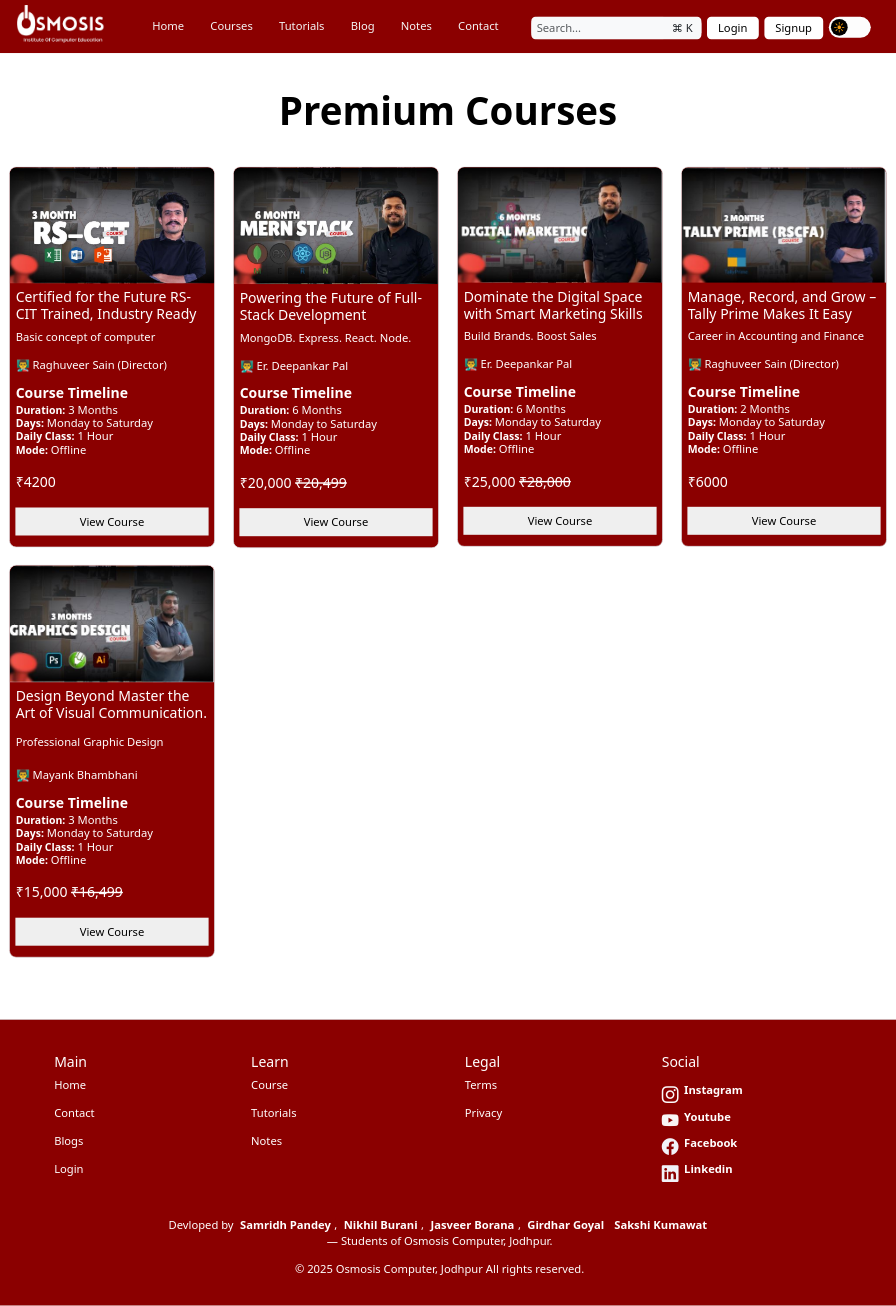
Repository: samriidhpandey/osmosis
Page: /Courses
The author's editor kept a copy of each file at every save. The page is drawn from the files as they stood at one save, then again after the next save.
The browser window is 1280 px wide. The pictures show the whole page, at 70% of full size.
The project was rebuilt for these pictures with package versions that can differ from the ones it lists, and the page was loaded fresh each time. Also part of the build but not shown: vite.config.js, src/Section2.jsx, src/Section3.jsx, src/Section4.jsx, src/InfiniteReviewScroll.jsx, src/Section5.jsx, src/TypingText.jsx, src/AnimatedName.jsx and 103 more. Imported but missing from the stored project, and not drawn on this page: src/Images/final-app-on-mobile.mp4, src/Images/final-app-on-pc.mp4, src/Images/open-terminals.mp4, src/Images/python-location.mp4.

Above is the page before, as saved 2025-07-21 16:38:09.

### index.html
<!doctype html>
<html lang="en">
  <head>
    <meta charset="UTF-8" />
    <link rel="icon" type="image/png" href="./src/image/fe1.png" />
    <meta name="viewport" content="width=device-width, initial-scale=1.0" />
    <title>Osmosis Computer</title>
    <link href="https://cdn.jsdelivr.net/npm/bootstrap@5.0.2/dist/css/bootstrap.min.css" rel="stylesheet" integrity="sha384-EVSTQN3/azprG1Anm3QDgpJLIm9Nao0Yz1ztcQTwFspd3yD65VohhpuuCOmLASjC" crossorigin="anonymous">
    <link rel="stylesheet" href="https://cdnjs.cloudflare.com/ajax/libs/font-awesome/6.7.2/css/all.min.css" integrity="sha512-Evv84Mr4kqVGRNSgIGL/F/aIDqQb7xQ2vcrdIwxfjThSH8CSR7PBEakCr51Ck+w+/U6swU2Im1vVX0SVk9ABhg==" crossorigin="anonymous" referrerpolicy="no-referrer" />
    <link href="https://cdn.jsdelivr.net/npm/bootstrap@5.3.0/dist/css/bootstrap.min.css" rel="stylesheet" />
<link href="https://cdn.jsdelivr.net/npm/bootstrap-icons/font/bootstrap-icons.css" rel="stylesheet" />
<!-- <iframe src="https://my.spline.design/your-project-link" frameborder="0" width="100%" height="100%"></iframe> -->


  </head>
  <body>
    <div id="root"></div>
    <script type="module" src="/src/main.jsx"></script>
    <script src="https://cdn.jsdelivr.net/npm/bootstrap@5.0.2/dist/js/bootstrap.bundle.min.js" integrity="sha384-MrcW6ZMFYlzcLA8Nl+NtUVF0sA7MsXsP1UyJoMp4YLEuNSfAP+JcXn/tWtIaxVXM" crossorigin="anonymous"></script>
  </body>
</html>

### src/Footer.jsx
import React from 'react'
import get from './image/github.svg'
import get1 from './image/X.svg'
import get2 from './image/youtube.svg'
import { Link } from 'react-router-dom'
import get3 from './image/facebook.svg'


function Footer({isDark}) {
  const footer = {
    backgroundColor: isDark ? '#111827':'darkred',
    color: isDark ? 'white':'white',
  };
  return (
    <>
    <div className="container-fluid">
      <div className="row border-top" style={footer}>
        <div className="col-12 col-sm-12 col-md-12 col-lg-12 col-xl-11 col-xxl-10 m-auto ">
          <div className="row">
            <div className="col-6 col-sm-6 col-md-3 col-lg-3 col-xl-3 col-xxl-3 mt-5 ps-4 fot-menu">
              <h5>Main</h5>
              <Link to="/" className='text-white'><p>Home</p></Link>{""}
              <Link to="/Contact" className='text-white'><p>Contact</p></Link>{""}
              <Link to="/Blog" className='text-white'><p>Blogs</p></Link>{""}
              <Link to="/Login" className='text-white'><p>Login</p></Link>{""}
            </div>

            <div className="col-6 col-sm-6 col-md-3 col-lg-3 col-xl-3 col-xxl-3 mt-5">
              <h5>Learn</h5>
              <Link to="/Courses" className='text-white'><p>Course</p></Link>{""}
              <Link to="/Tutorial" className='text-white'><p>Tutorials</p></Link>{""}
              <Link to="/Notes" className='text-white'><p>Notes</p></Link>{""}

            </div>

            <div className="col-6 col-sm-6 col-md-3 col-lg-3 col-xl-3 col-xxl-3 mt-5 ps-4">
              <h5>Legal</h5>
              <Link to="/Terms" className='text-white'><p>Terms</p></Link>{""}
              <Link to="/Privacy" className='text-white'><p>Privacy</p></Link>{""}
              {/* <p>Refund</p> */}

            </div>

            <div className="col-6 col-sm-6 col-md-3 col-lg-3 col-xl-3 col-xxl-3 mt-5">
              <h5>Social</h5>
             <a href="https://www.instagram.com/osmosis_computer?igsh=MWkyNGtib2s1NG10OQ%3D%3D&utm_source=qr "
              target="_blank"
    rel="noopener noreferrer"
    style={{
      color:'white',
      textDecoration: "none",
      fontWeight: "bold",
      marginTop: "0px",
      marginBottom: "0px",
    }}
    onMouseOver={(e) => (e.target.style.textDecoration = "underline")}
    onMouseOut={(e) => (e.target.style.textDecoration = "none")}><div className="social d-flex p-0 mt-3"> <i className="bi bi-instagram" style={{fontSize:'24px', color:" #fcf9faff",}}></i><img className='img-fluid me-2 bg-light rounded' alt="" /> <p> Instagram</p></div> </a>


    <a href="https://www.youtube.com/@OsmosisComputerJodhpur "
              target="_blank"
    rel="noopener noreferrer"
    style={{
      color:'white',
      textDecoration: "none",
      fontWeight: "bold",
      marginTop: "0px",
      marginBottom: "0px",
    }}
    onMouseOver={(e) => (e.target.style.textDecoration = "underline")}
    onMouseOut={(e) => (e.target.style.textDecoration = "none")}><div className="social d-flex p-0 mt-3"> <i className="bi bi-youtube" style={{fontSize:'24px', color:" #f9f5f5ff",}}></i><img className='img-fluid me-2 bg-light rounded' alt="" /> <p> Youtube</p></div> </a>



    <a href="https://www.facebook.com/share/1LYuEtGZGp/?mibextid=wwXIfr"
              target="_blank"
    rel="noopener noreferrer"
    style={{
      color:'white',
      textDecoration: "none",
      fontWeight: "bold",
      marginTop: "0px",
      marginBottom: "0px",
    }}
    onMouseOver={(e) => (e.target.style.textDecoration = "underline")}
    onMouseOut={(e) => (e.target.style.textDecoration = "none")}><div className="social d-flex p-0 mt-3"> <i className="bi bi-facebook" style={{fontSize:'24px', color:" #f2f2f8ff",}}></i><img className='img-fluid me-2 bg-light rounded' alt="" /> <p> Facebook</p></div> </a>



    <a href="https://www.linkedin.com/company/osmosiscomputer/"
              target="_blank"
    rel="noopener noreferrer"
    style={{
      color:'white',
      textDecoration: "none",
      fontWeight: "bold",
      marginTop: "0px",
      marginBottom: "0px",
    }}
    onMouseOver={(e) => (e.target.style.textDecoration = "underline")}
    onMouseOut={(e) => (e.target.style.textDecoration = "none")}><div className="social d-flex p-0 mt-3"> <i className="bi bi-linkedin" style={{fontSize:'24px', color:" #f2f2f8ff",}}></i><img className='img-fluid me-2 bg-light rounded' alt="" /> <p>Linkedin</p></div> </a>



            </div>
          </div>
        </div>

        <div className="row">
          <div className="col-12">


  <footer
  className='mt-3'
  style={{
    padding: "1.5rem",
    textAlign: "center",


  }}
>
  Devloped by{" "}
  <a
    href="https://www.linkedin.com/in/samridh-pandey-771835317?utm_source=share&utm_campaign=share_via&utm_content=profile&utm_medium=android_app"
    target="_blank"
    rel="noopener noreferrer"
    style={{
      color:'white',
      textDecoration: "none",
      fontWeight: "bold",
      margin: "0 5px",
    }}
    onMouseOver={(e) => (e.target.style.textDecoration = "underline")}
    onMouseOut={(e) => (e.target.style.textDecoration = "none")}
  >
    Samridh Pandey
  </a>
  ,{" "}
  <a
    href="https://www.linkedin.com/in/nikhil-burani?utm_source=share&utm_campaign=share_via&utm_content=profile&utm_medium=android_app"
    target="_blank"
    rel="noopener noreferrer"
    style={{
      color:'white',
      textDecoration: "none",
      fontWeight: "bold",
      margin: "0 5px",
    }}
    onMouseOver={(e) => (e.target.style.textDecoration = "underline")}
    onMouseOut={(e) => (e.target.style.textDecoration = "none")}
  >
    Nikhil Burani
  </a>
  ,{" "}
  <a
    href="https://www.linkedin.com/in/jasveer-borana-39878a373?utm_source=share&utm_campaign=share_via&utm_content=profile&utm_medium=android_app "
    target="_blank"
    rel="noopener noreferrer"
    style={{
      color:'white',
      textDecoration: "none",
      fontWeight: "bold",
      margin: "0 5px",
    }}
    onMouseOver={(e) => (e.target.style.textDecoration = "underline")}
    onMouseOut={(e) => (e.target.style.textDecoration = "none")}
  >
    Jasveer Borana
  </a>
  ,{" "}
  <a
    href="https://www.linkedin.com/in/girdhar-goyal-1376b5332?lipi=urn%3Ali%3Apage%3Ad_flagship3_profile_view_base_contact_details%3B9WR3byrCTMq%2FaVpFyt54vQ%3D%3D"
    target="_blank"
    rel="noopener noreferrer"
    style={{
      textDecoration: "none",
      fontWeight: "bold",
      margin: "0 5px",
      color:'white',
    }}
    onMouseOver={(e) => (e.target.style.textDecoration = "underline")}
    onMouseOut={(e) => (e.target.style.textDecoration = "none")}
  >
    Girdhar Goyal
  </a>{" "}

  <a
    href="https://www.linkedin.com/in/sakshi-k-b046b4320?utm_source=share&utm_campaign=share_via&utm_content=profile&utm_medium=ios_app "
    target="_blank"
    rel="noopener noreferrer"
    style={{
      textDecoration: "none",
      fontWeight: "bold",
      margin: "0 5px",
      color:'white',
    }}
    onMouseOver={(e) => (e.target.style.textDecoration = "underline")}
    onMouseOut={(e) => (e.target.style.textDecoration = "none")}
  >
    Sakshi Kumawat
  </a>{" "}

  <p>—  Students of Osmosis Computer, Jodhpur.</p>
  <p>© 2025 Osmosis Computer, Jodhpur All rights reserved.</p>
</footer>



          </div>
        </div>
      </div>
    </div>
    </>
  )
}

export default Footer

### src/Component2/Courses.jsx
import React from 'react'
import ad1 from '../image/c1.jpg';
import ad2 from '../image/c2.jpg';
import ad3 from '../image/c3.jpg';
import ad4 from '../image/c4.jpg';
import ad5 from '../image/c5.jpg';
import { Link } from "react-router-dom";



function Courses({isDark}) {
  const Courses = {
    backgroundColor: isDark ? '#0E121B' : 'white',
    color: isDark ? 'white' : 'black',
  };
  const Courses1 = {
    backgroundColor: isDark ? 'black' : 'darkred',
    color: isDark ? 'white' : 'white',
  };


  const headingStyle = {
    // fontSize: "20px",
    fontWeight: "600",
    color: "white",
    marginBottom: "-20px",
  };

  const itemStyle = {
    fontSize: "16px",
    color: "white",
    // lineHeight:'-100px',
    marginBottom: "-45px",
  };
  return (
    <>
    {/* <BrowserRouter> */}


    <div className="container-fluid">
      <div className="row"style={Courses}>
        <div className="col-12">
          <h1 className=' fw-bolder text-center mt-5 mb-4'>Premium Courses</h1>
          <div className="row mt-5 mb-5 pb-3">

           <div className="col-12 col-sm-12 col-md-6 col-lg-4 col-xl-3 col-xxl-3" >
            <Link to="/part1" className='part1'>
              <div className="row">
                <div className="col-11 border mb-4 pb-2 m-auto p-0 cour-card" style={Courses1}>
                    <div className="col-12 p-0 cour-img">
                <img src={ad1} className='img-fluid cour-img' alt="" />
              </div>
              <div className=" p-2">
            <h5 className=''>Certified for the Future RS-CIT Trained, Industry Ready</h5>
            <p className=''>Basic concept of computer</p>
            <p className=''>👨‍🏫 Raghuveer Sain (Director)</p>
            <h5  style={headingStyle}>Course Timeline</h5>
      <p style={itemStyle}><strong>Duration:</strong> 3 Months</p>
      <p style={itemStyle}><strong>Days:</strong> Monday to Saturday</p>
      <p style={itemStyle}><strong>Daily Class:</strong> 1 Hour</p>
      <p style={itemStyle}><strong>Mode:</strong> Offline </p>
            <h5 className='mt-5'>₹4200</h5>

            <button className='w-100 mt-3 border-0 pt-2 pb-2'>View Course</button>
          </div>
                </div>
              </div>

            </Link>{""}
          </div>


          <div className="col-12 col-sm-12 col-md-6 col-lg-4 col-xl-3 col-xxl-3">
            <Link to="/part2" className='part1'>
              <div className="row">
                <div className="col-11 border mb-4 pb-2 m-auto p-0 cour-card" style={Courses1}>
                    <div className="col-12 p-0 cour-img">
                <img src={ad2} className='img-fluid cour-img' alt="" />
              </div>
              <div className=" p-2">
            <h5 className=''>Powering the Future of Full-Stack Development</h5>
            <p className=''>MongoDB. Express. React. Node.</p>
            <p className=''>👨‍🏫 Er. Deepankar Pal</p>
            <h5 style={headingStyle}>Course Timeline</h5>
      <p style={itemStyle}><strong>Duration:</strong> 6 Months</p>
      <p style={itemStyle}><strong>Days:</strong> Monday to Saturday</p>
      <p style={itemStyle}><strong>Daily Class:</strong> 1 Hour</p>
      <p style={itemStyle}><strong>Mode:</strong> Offline </p>
            <h5 className='mt-5'>₹20,000 <s>₹20,499</s></h5>

            <button className='w-100 mt-3 border-0 pt-2 pb-2'>View Course</button>
          </div>
                </div>
              </div>
             </Link>{""}

          </div>



          <div className="col-12 col-sm-12 col-md-6 col-lg-4 col-xl-3 col-xxl-3">
            <Link to="/part3" className='part1'>
              <div className="row">
                <div className="col-11 border mb-4 pb-2 m-auto p-0 cour-card" style={Courses1}>
                    <div className="col-12 p-0 cour-img">
                <img src={ad3} className='img-fluid cour-img w-100' alt="" />
              </div>
              <div className=" p-2">
            <h5 className=''>Dominate the Digital Space with Smart Marketing Skills</h5>
            <p className=''>Build Brands. Boost Sales</p>
            <p className=''>👨‍🏫 Er. Deepankar Pal</p>
            <h5 style={headingStyle}>Course Timeline</h5>
      <p style={itemStyle}><strong>Duration:</strong> 6 Months</p>
      <p style={itemStyle}><strong>Days:</strong> Monday to Saturday</p>
      <p style={itemStyle}><strong>Daily Class:</strong> 1 Hour</p>
      <p style={itemStyle}><strong>Mode:</strong> Offline </p>
            <h5 className='mt-5'>₹25,000 <s>₹28,000</s></h5>

            <button className='w-100 mt-3 border-0 pt-2 pb-2'>View Course</button>
          </div>
                </div>
              </div>
             </Link>{""}

          </div>




          <div className="col-12 col-sm-12 col-md-6 col-lg-4 col-xl-3 col-xxl-3">
            <Link to="/part4" className='part1'>
              <div className="row">
                <div className="col-11 border mb-4 pb-2 m-auto p-0 cour-card" style={Courses1}>
                    <div className="col-12 p-0 cour-img">
                <img src={ad4} className='img-fluid cour-img w-100' alt="" />
              </div>
              <div className=" p-2">
            <h5 className=''>Manage, Record, and Grow – Tally Prime Makes It Easy</h5>
            <p className=''>Career in Accounting and Finance</p>
            <p className=''>👨‍🏫 Raghuveer Sain (Director)</p>
            <h5 style={headingStyle}>Course Timeline</h5>
      <p style={itemStyle}><strong>Duration:</strong> 2 Months</p>
      <p style={itemStyle}><strong>Days:</strong> Monday to Saturday</p>
      <p style={itemStyle}><strong>Daily Class:</strong> 1 Hour</p>
      <p style={itemStyle}><strong>Mode:</strong> Offline </p>
            <h5 className='mt-5'>₹6000</h5>

            <button className='w-100 mt-3 border-0 pt-2 pb-2'>View Course</button>
          </div>
                </div>
              </div>
             </Link>{""}

          </div>





          <div className="col-12 col-sm-12 col-md-6 col-lg-4 col-xl-3 col-xxl-3">
            <Link to="/part5" className='part1'>
              <div className="row">
                <div className="col-11 border mb-4 pb-2 m-auto p-0 cour-card" style={Courses1}>
                    <div className="col-12 p-0 cour-img">
                <img src={ad5} className='img-fluid cour-img w-100' alt="" />
              </div>
              <div className=" p-2">
            <h5 className=''>Design Beyond Master the Art of Visual Communication.</h5>
            <p className='mt-3'>Professional Graphic Design</p>
            <p className='mt-4'>👨‍🏫 Mayank Bhambhani</p>
            <h5 style={headingStyle}>Course Timeline</h5>
      <p style={itemStyle}><strong>Duration:</strong> 3 Months</p>
      <p style={itemStyle}><strong>Days:</strong> Monday to Saturday</p>
      <p style={itemStyle}><strong>Daily Class:</strong> 1 Hour</p>
      <p style={itemStyle}><strong>Mode:</strong> Offline </p>
            <h5 className='mt-5'>₹15,000 <s>₹16,499</s></h5>

            <button className='w-100 mt-3 border-0 pt-2 pb-2'>View Course</button>
          </div>
                </div>
              </div>
             </Link>{""}

          </div>





          </div>
        </div>
      </div>


    </div>


    </>
  )
}

export default Courses

Loaded but not shown: src/main.jsx (common file); src/App.jsx (426 lines, source omitted); src/App.css (1048 lines, source omitted); src/index.css (no stored copy; drawn as an empty file)

After the next save:
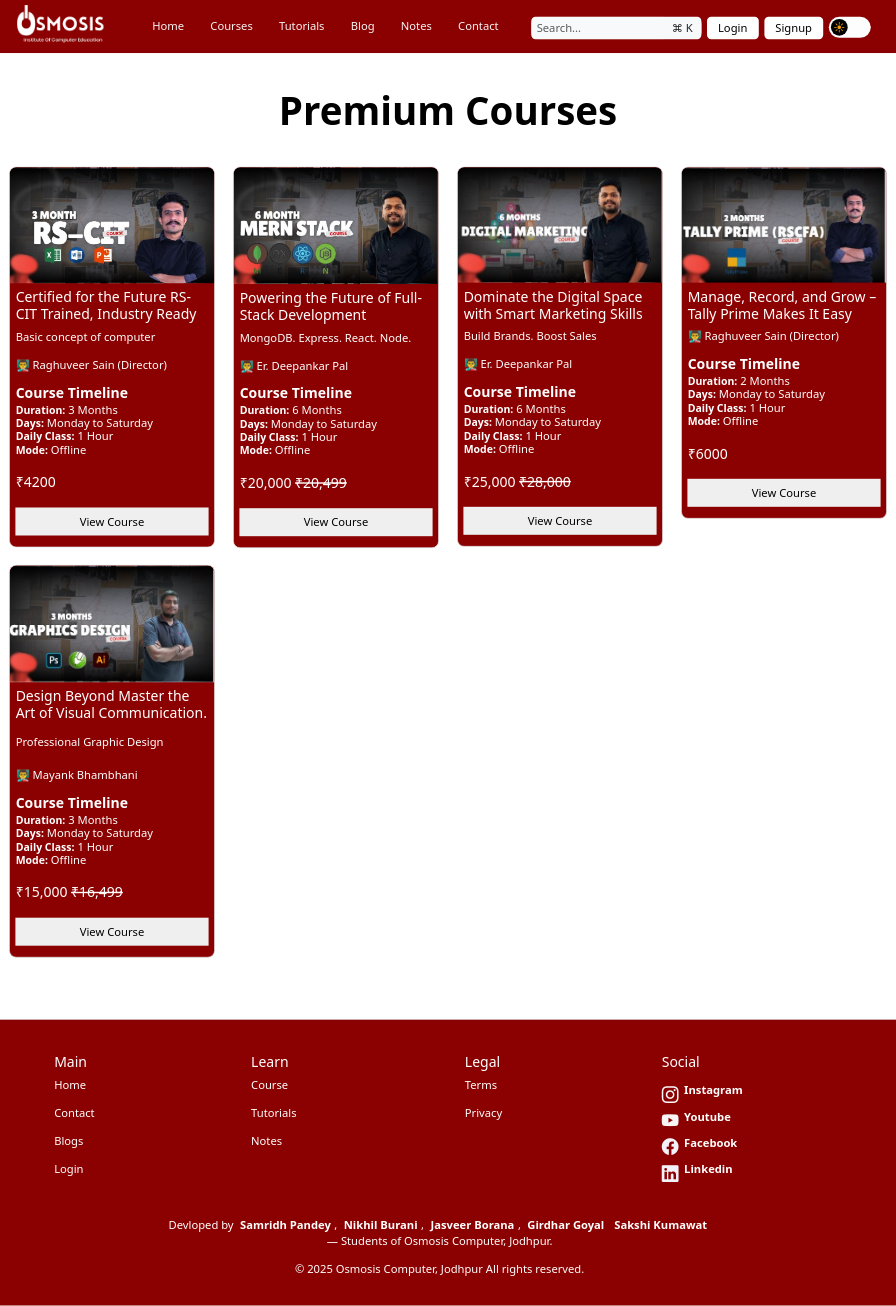
Saved 45 s later.
--- a/src/Component2/Courses.jsx
+++ b/src/Component2/Courses.jsx
@@ -136,7 +136,7 @@
               </div>
               <div className=" p-2">
             <h5 className=''>Manage, Record, and Grow – Tally Prime Makes It Easy</h5>
-            <p className=''>Career in Accounting and Finance</p>
+            {/* <p className=''>Career in Accounting and Finance</p> */}
             <p className=''>👨‍🏫 Raghuveer Sain (Director)</p>
             <h5 style={headingStyle}>Course Timeline</h5>
       <p style={itemStyle}><strong>Duration:</strong> 2 Months</p>
